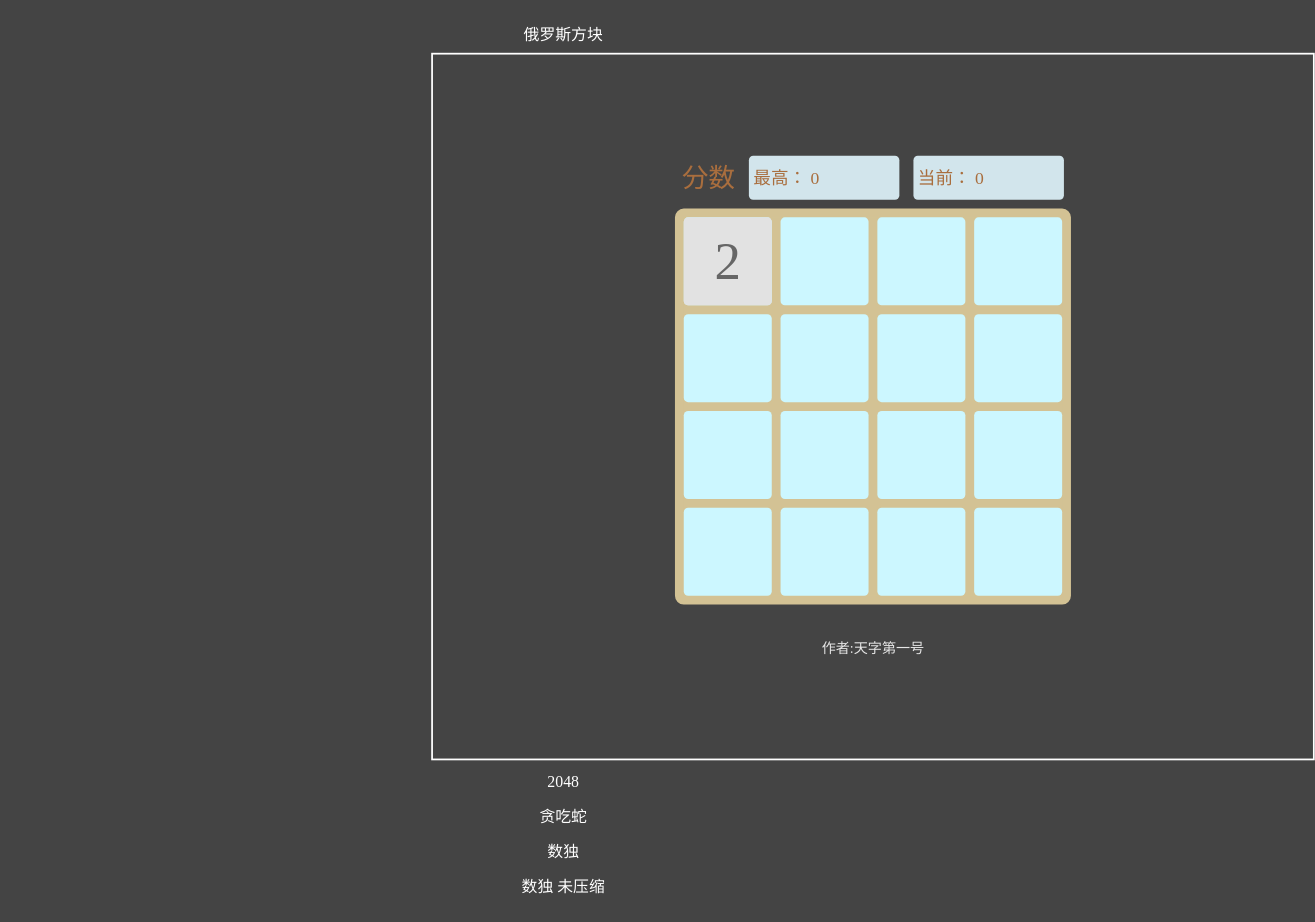
Repository: yangtengxiang/get_test
Page: game/H5/index.html
The author's editor kept a copy of each file at every save. The page is drawn from the files as they stood at one save, then again after the next save.
The browser window is 1280 px wide. The page is 1494 px wide, so the pictures cover 1494 px, including what lies to the right of the window. The pictures show the whole page, at 88% of full size.

Above is the page before, as saved 2020-04-29 17:41:09.

After the next save:
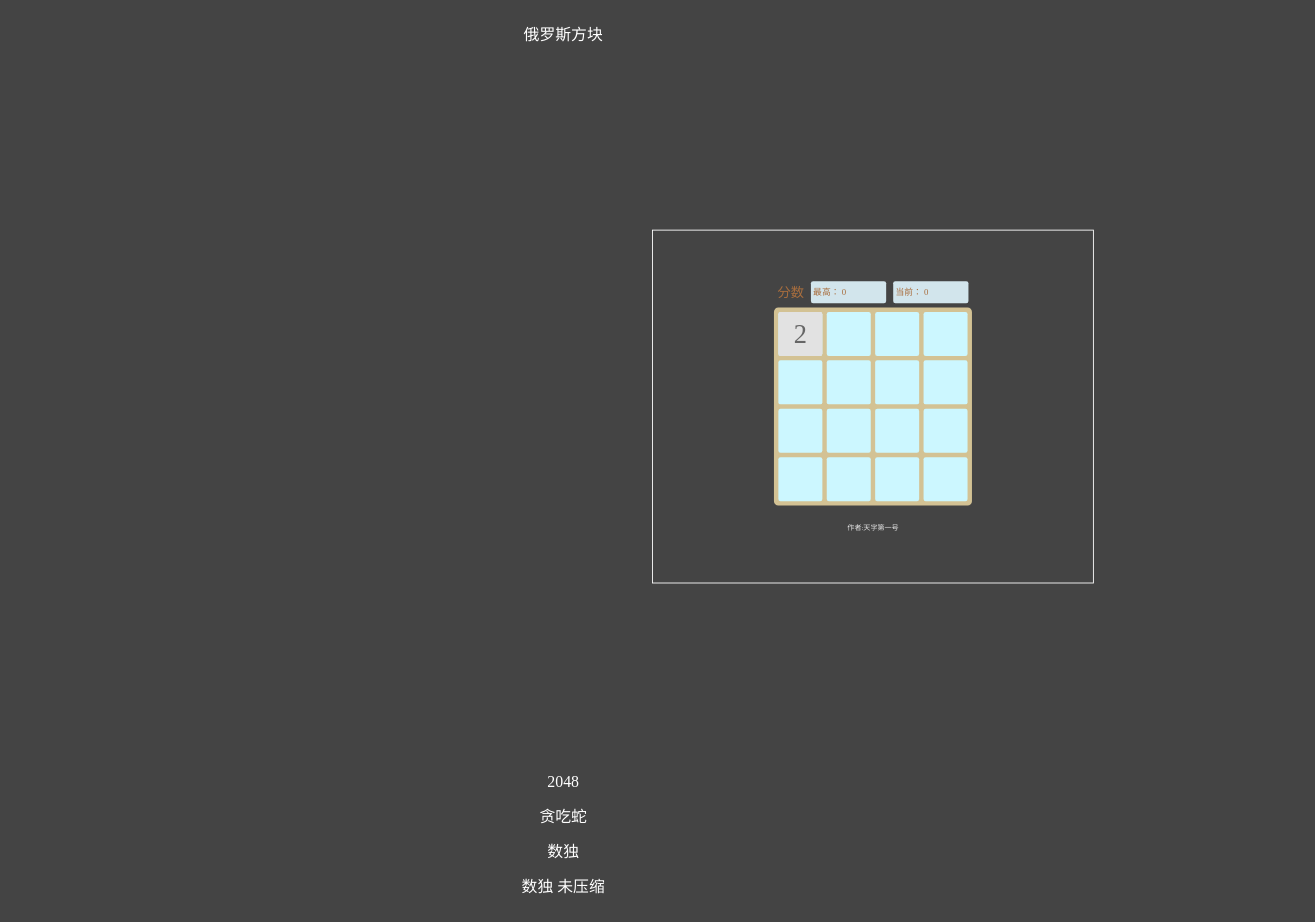
Saved 19 s later.
--- a/game/H5/index.html
+++ b/game/H5/index.html
@@ -29,6 +29,7 @@
 			width: 1000px;
 			height: 800px;
 			border: 2px solid #FFF;
+			transform: scale(0.5);
 		}
 	</style>
 </head>
